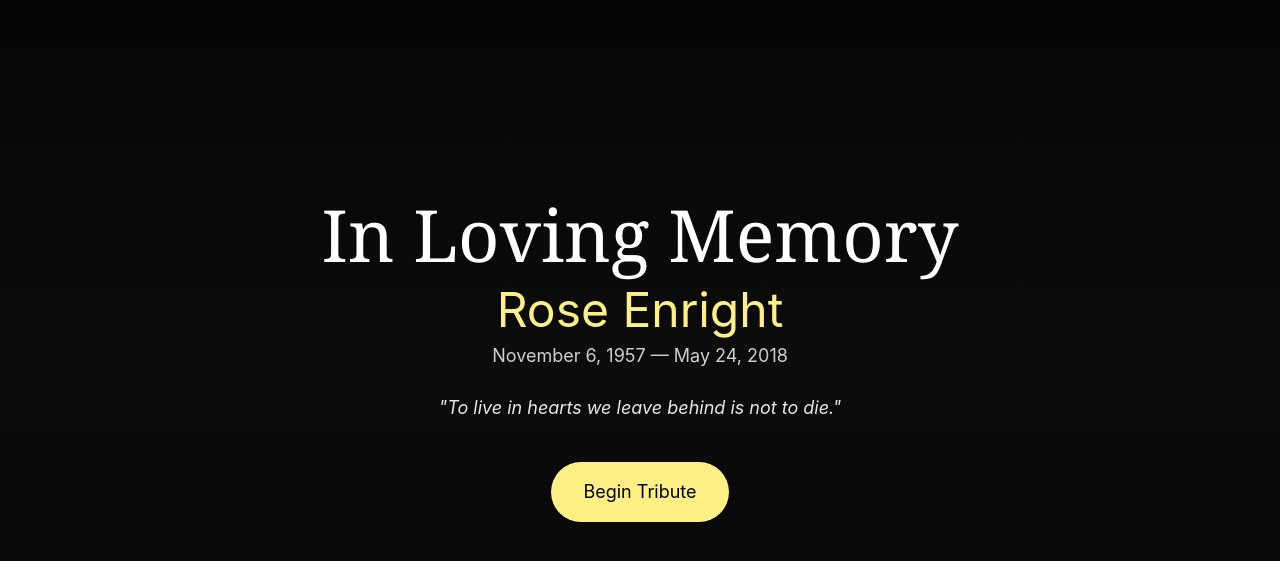
Repository: ConnorStubbs5/lasting-light
Page: /
An editor plug-in stored every save of this project. The page is shown before and after the next save, followed by the edit.
The browser window is 1280 px wide. The pictures show the whole page.
The project was rebuilt for these pictures with package versions that can differ from the ones it lists, and the page was loaded fresh each time. Also part of the build but not shown: vite.config.js, src/components/MemorialSlideshow.jsx.

Above is the page before, as saved 2026-05-09 14:04:20.

### index.html
<!doctype html>
<html lang="en">
  <head>
    <meta charset="UTF-8" />
    <meta name="viewport" content="width=device-width, initial-scale=1.0" />
    <title>Lasting Light Memorial</title>
  </head>

  <body>
    <div id="root"></div>

    <script type="module" src="/src/main.jsx"></script>
  </body>
</html>

### src/main.jsx
import React from 'react'
import ReactDOM from 'react-dom/client'
import App from './App'
import './styles/globals.css'

ReactDOM.createRoot(document.getElementById('root')).render(
  <React.StrictMode>
    <App />
  </React.StrictMode>,
)

### src/App.jsx
import MemorialPage from "./pages/MemorialPage"

function App() {
  return <MemorialPage />
}

export default App

### src/styles/globals.css
@import "tailwindcss";

html,
body,
#root {
  width: 100%;
  height: 100%;
  margin: 0;
  background: #0f0f0f;
  overflow: hidden;
  font-family: Inter, sans-serif;
}

body {
  color: white;
}

.fade-overlay {
  background:
    linear-gradient(
      to top,
      rgba(0,0,0,0.7),
      rgba(0,0,0,0.2),
      rgba(0,0,0,0.7)
    );
}

### src/pages/MemorialPage.jsx
import { useEffect, useState, useRef } from "react"
import HeroOverlay from "../components/HeroOverlay"
import MemorialSlideshow from "../components/MemorialSlideshow"

export default function MemorialPage() {
  const [config, setConfig] = useState(null)
  const [started, setStarted] = useState(false)

  const audioRef = useRef(null)

  useEffect(() => {
    fetch("/memorials/rose-enright/config.json")
      .then(res => res.json())
      .then(data => setConfig(data))
  }, [])

  const startTribute = async () => {
    setStarted(true)

    try {
      audioRef.current.volume = 0.4
      await audioRef.current.play()
    } catch (err) {
      console.error(err)
    }
  }

  // ✅ FIX: must be inside component
  const stopTribute = () => {
    if (audioRef.current) {
      audioRef.current.pause()
      audioRef.current.currentTime = 0
    }

    setStarted(false)
  }

  if (!config) return null

  return (
    <div className="w-full h-full relative">

      <audio ref={audioRef} loop>
        <source src={config.song} type="audio/mp3" />
      </audio>

      {!started && (
        <HeroOverlay
          config={config}
          onStart={startTribute}
        />
      )}

      {started && (
        <MemorialSlideshow
          slides={config.slides}
          onBack={stopTribute}
        />
      )}

    </div>
  )
}

### src/components/HeroOverlay.jsx
export default function HeroOverlay({ config, onStart }) {
    return (
      <div
        className="
          absolute
          inset-0
          z-50
          flex
          items-center
          justify-center
          fade-overlay
        "
      >
        <div className="text-center px-6">

          <h1
            className="
              text-5xl
              md:text-7xl
              font-serif
              mb-4
            "
          >
            In Loving Memory
          </h1>

          <h2
            className="
              text-3xl
              md:text-5xl
              text-yellow-200
              mb-2
            "
          >
            {config.name}
          </h2>

          <p className="text-lg opacity-80 mb-6">
            {config.birthDate} — {config.deathDate}
          </p>

          <p
            className="
              italic
              text-lg
              max-w-xl
              mx-auto
              mb-10
              opacity-90
            "
          >
            "{config.heroQuote}"
          </p>

          <button
            onClick={onStart}
            className="
              px-8
              py-4
              rounded-full
              bg-yellow-200
              text-black
              text-lg
              hover:scale-105
              transition
            "
          >
            Begin Tribute
          </button>

        </div>
      </div>
    )
  }

### public/memorials/rose-enright/config.json
{
  "name": "Rose Enright",
  "birthDate": "November 6, 1957",
  "deathDate": "May 24, 2018",
  "heroQuote": "To live in hearts we leave behind is not to die.",
  "song": "/memorials/rose-enright/music/jt-fire-rain.mp3",
  "slides": [
      {
          "type": "image",
          "src": "/memorials/rose-enright/photos/photo1.JPG"
      },
      {
          "type": "image",
          "src": "/memorials/rose-enright/photos/photo2.JPG"
      },
      {
          "type": "image",
          "src": "/memorials/rose-enright/photos/photo3.JPG"
      },
      {
          "type": "image",
          "src": "/memorials/rose-enright/photos/photo4.JPG"
      },
      {
          "type": "image",
          "src": "/memorials/rose-enright/photos/photo5.JPG"
      },
      {
          "type": "image",
          "src": "/memorials/rose-enright/photos/photo6.JPG"
      },
      {
          "type": "image",
          "src": "/memorials/rose-enright/photos/photo7.JPG"
      },
      {
          "type": "image",
          "src": "/memorials/rose-enright/photos/photo8.JPG"
      }
  ],
  "timeline": [
      {
          "year": "1963",
          "event": "Married the love of her life"
      },
      {
          "year": "1971",
          "event": "Raised her first child"
      }
  ]
}

After the next save:
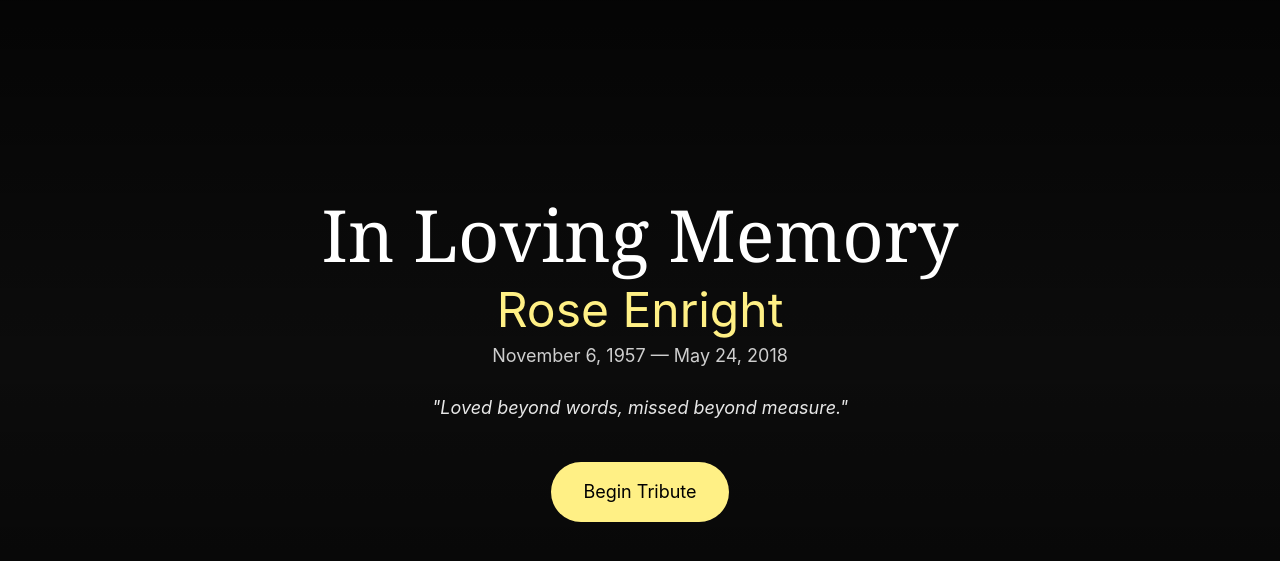
Saved 31 min 39 s later.
--- a/public/memorials/rose-enright/config.json
+++ b/public/memorials/rose-enright/config.json
@@ -2,7 +2,7 @@
   "name": "Rose Enright",
   "birthDate": "November 6, 1957",
   "deathDate": "May 24, 2018",
-  "heroQuote": "To live in hearts we leave behind is not to die.",
+  "heroQuote": "Loved beyond words, missed beyond measure.",
   "song": "/memorials/rose-enright/music/jt-fire-rain.mp3",
   "slides": [
       {
